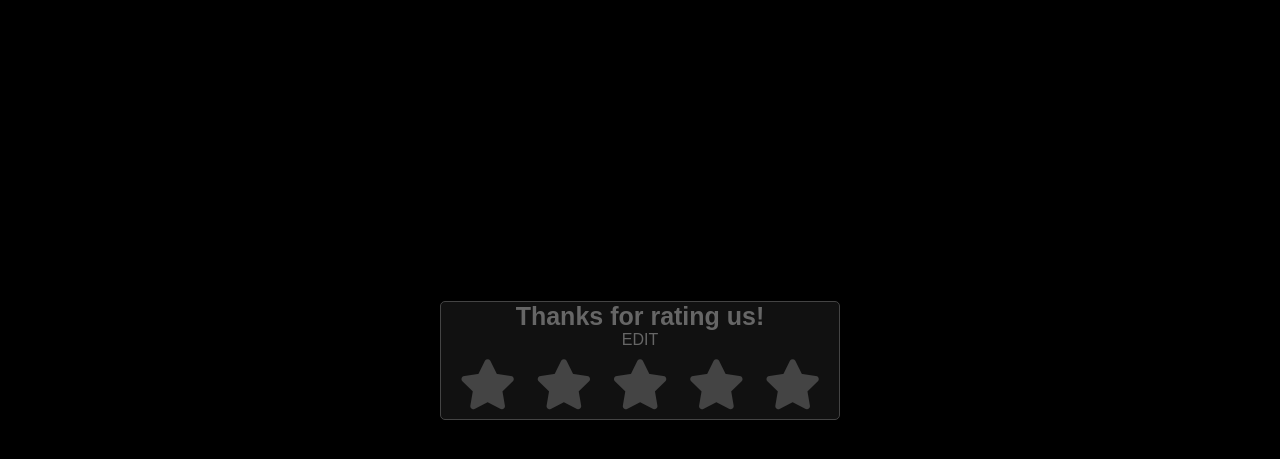
Repository: Suryansh-D/Star-Ratings
Page: index.html
An editor plug-in stored every save of this project. The page is shown before and after a run of saves, followed by the edit.
The browser window is 1280 px wide. The pictures show the whole page.

Above is the page before, as saved 2024-02-03 10:27:48.

After the next 2 saves:
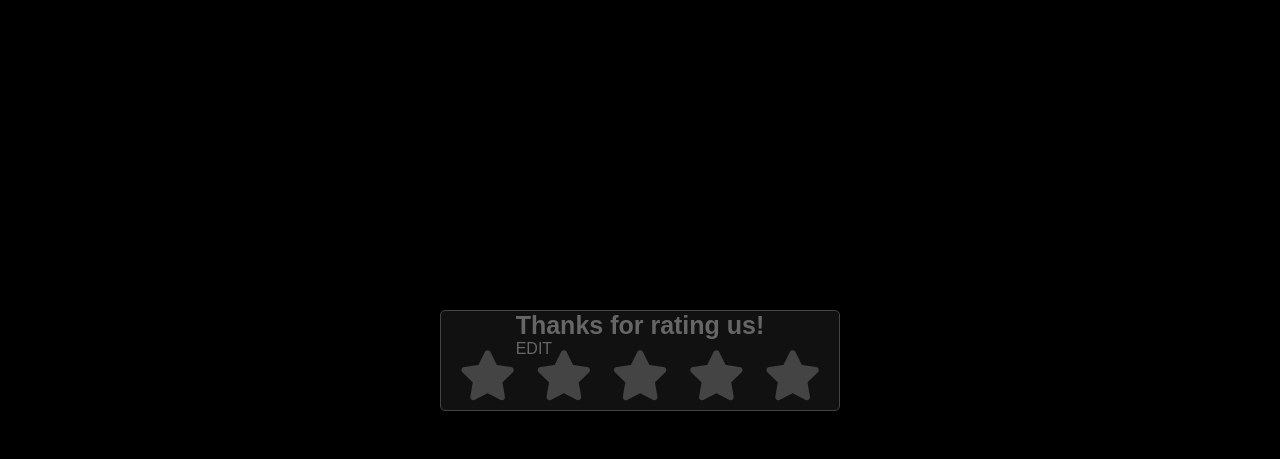
The 2 saves are shown as one change because they came seconds apart.
The last was saved 7 s later.
--- a/style.css
+++ b/style.css
@@ -88,7 +88,8 @@ input#rate-1:checked ~ label{
 
 }
 .container .edit{
-    po
+    position: absolute;
+
     font-size: 16px;
     color: #666;
     font-weight: 500;
